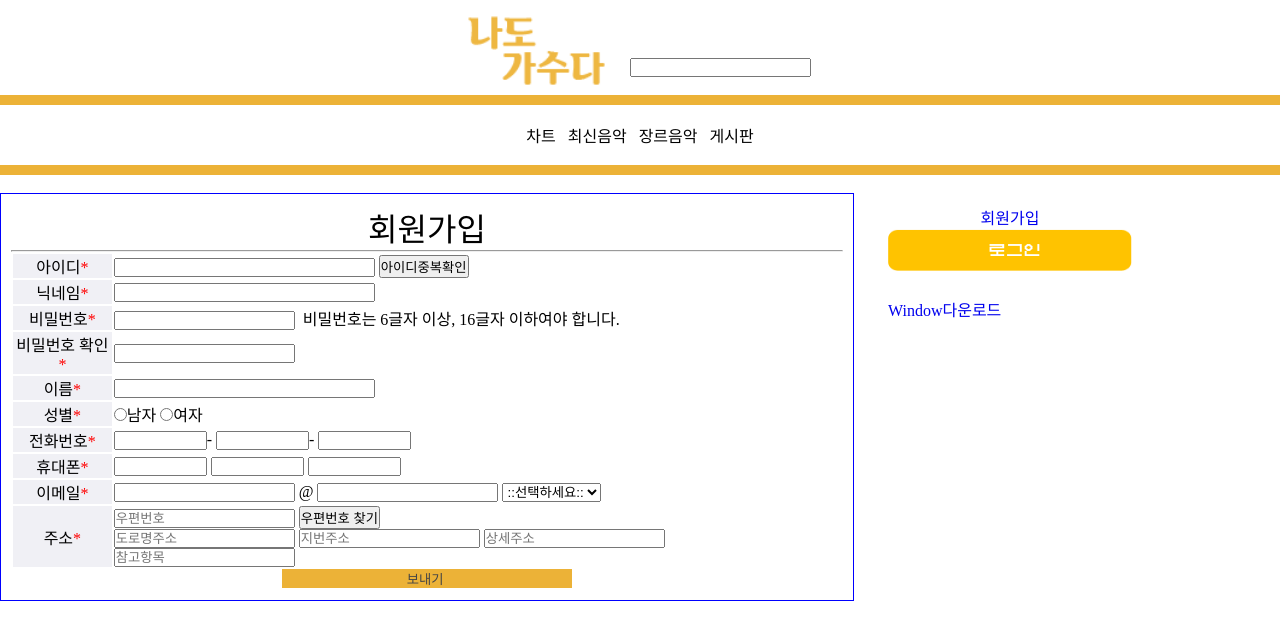
Repository: Ea-Bell/GraduationPortfolio
Page: http://localhost/WebTest/webTest/View/login/signUp.jsp
An editor plug-in stored every save of this project. The page is shown before and after the next save, followed by the edit.
The browser window is 1280 px wide. The pictures show the whole page.
The page is served by Tomcat 9. Nobody is signed in. The application's start-up code is not run.

Above is the page before, as saved 2020-09-23 14:21:19.

After the next save:
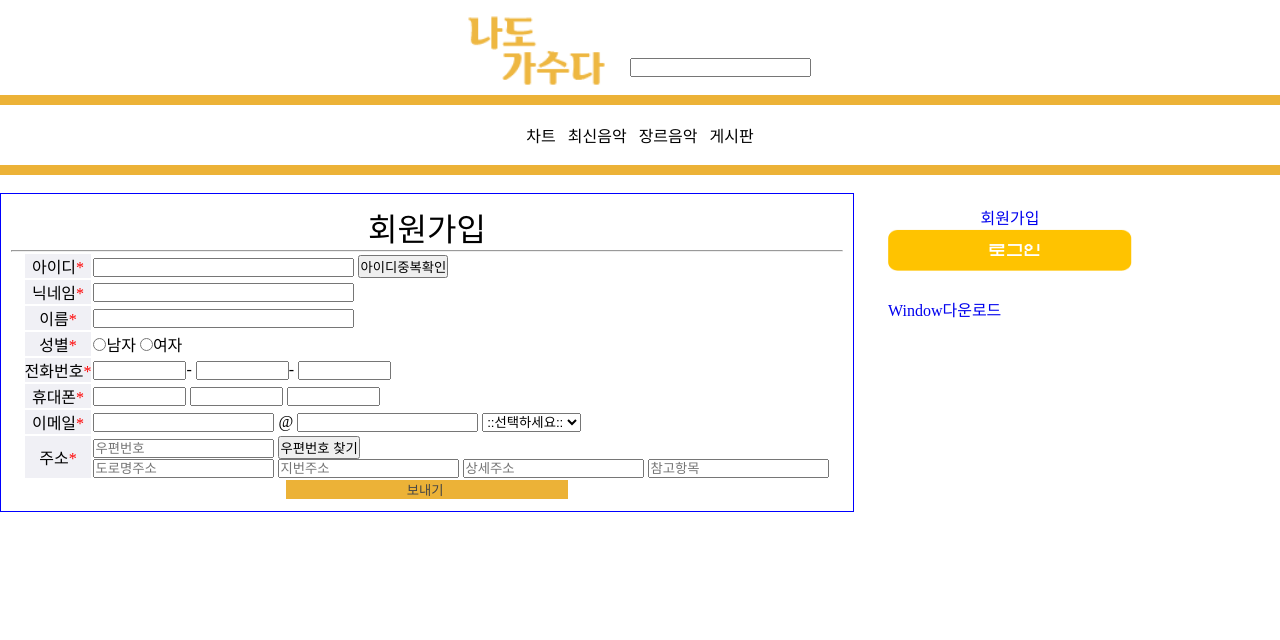
Saved 107 s later.
--- a/WEB_Server/WebTest/WebContent/webTest/View/login/signUp.jsp
+++ b/WEB_Server/WebTest/WebContent/webTest/View/login/signUp.jsp
@@ -96,18 +96,18 @@
 
 				</tr> -->
 
-				<tr>
+<!-- 				<tr>
 					<td align="center" id="iColor">비밀번호<span id="iSpan">*</span></td>
 					<td><input type="password" name="wUserPW" id="pw" onchange="pwErrorCheck()" />&nbsp;
 					<span>비밀번호는 6글자 이상, 16글자 이하여야 합니다.</span>
 					</td>
-				</tr>
-				<tr>
+				</tr> -->
+	<!-- 			<tr>
 					<td align="center" id="iColor">비밀번호 확인<span id="iSpan">*</span></td>
 					<td><input type="password" name="wUserPWConfirm" id="pwCheck" oninput="isSame()"/>&nbsp;
 					<span id="check"></span>
 					</td>
-				</tr>
+				</tr> -->
 
 
 

After the save that followed:
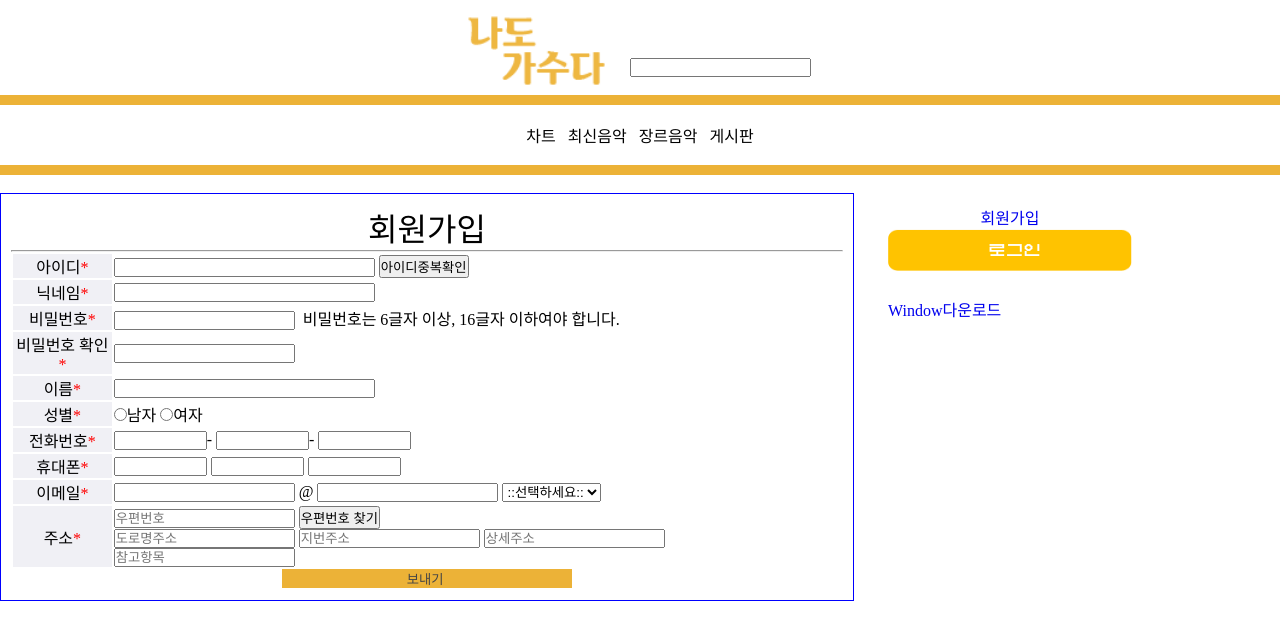
Saved 81 s later.
--- a/WEB_Server/WebTest/WebContent/webTest/View/login/signUp.jsp
+++ b/WEB_Server/WebTest/WebContent/webTest/View/login/signUp.jsp
@@ -96,18 +96,18 @@
 
 				</tr> -->
 
-<!-- 				<tr>
+			<tr>
 					<td align="center" id="iColor">비밀번호<span id="iSpan">*</span></td>
-					<td><input type="password" name="wUserPW" id="pw" onchange="pwErrorCheck()" />&nbsp;
+					<td><input type="password" name="pw" id="pw" onchange="pwErrorCheck()" />&nbsp;
 					<span>비밀번호는 6글자 이상, 16글자 이하여야 합니다.</span>
 					</td>
-				</tr> -->
-	<!-- 			<tr>
+				</tr>
+				<tr>
 					<td align="center" id="iColor">비밀번호 확인<span id="iSpan">*</span></td>
-					<td><input type="password" name="wUserPWConfirm" id="pwCheck" oninput="isSame()"/>&nbsp;
+					<td><input type="password" name="pwCheck" id="pwCheck" oninput="isSame()"/>&nbsp;
 					<span id="check"></span>
 					</td>
-				</tr> -->
+				</tr>
 
 
 
